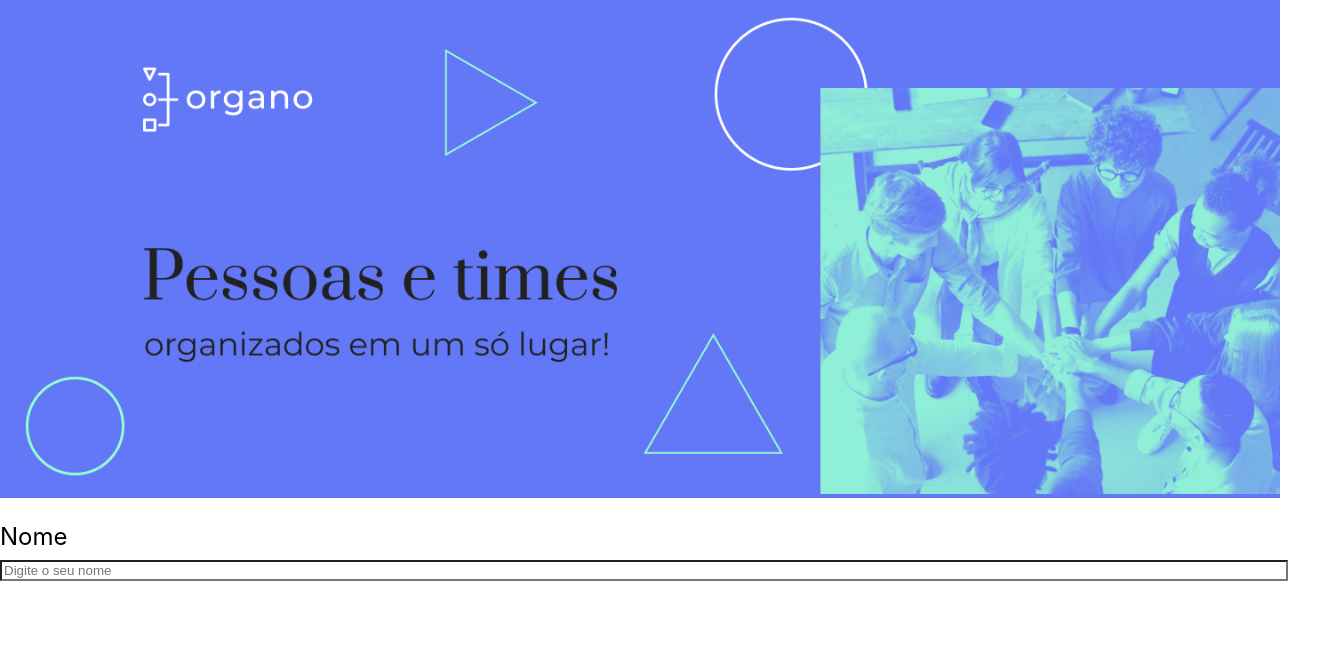
Repository: humbertobrasileiro/organo
Page: /
An editor plug-in stored every save of this project. The page is shown before and after the next save, followed by the edit.
The browser window is 1280 px wide. The page is 1288 px wide, then 1328 px, so the pictures cover 1328 px, including what lies to the right of the window. The pictures show the whole page.
The project was rebuilt for these pictures with package versions that can differ from the ones it lists, and the page was loaded fresh each time.

Above is the page before, as saved 2025-01-22 16:09:07.

After the next save:
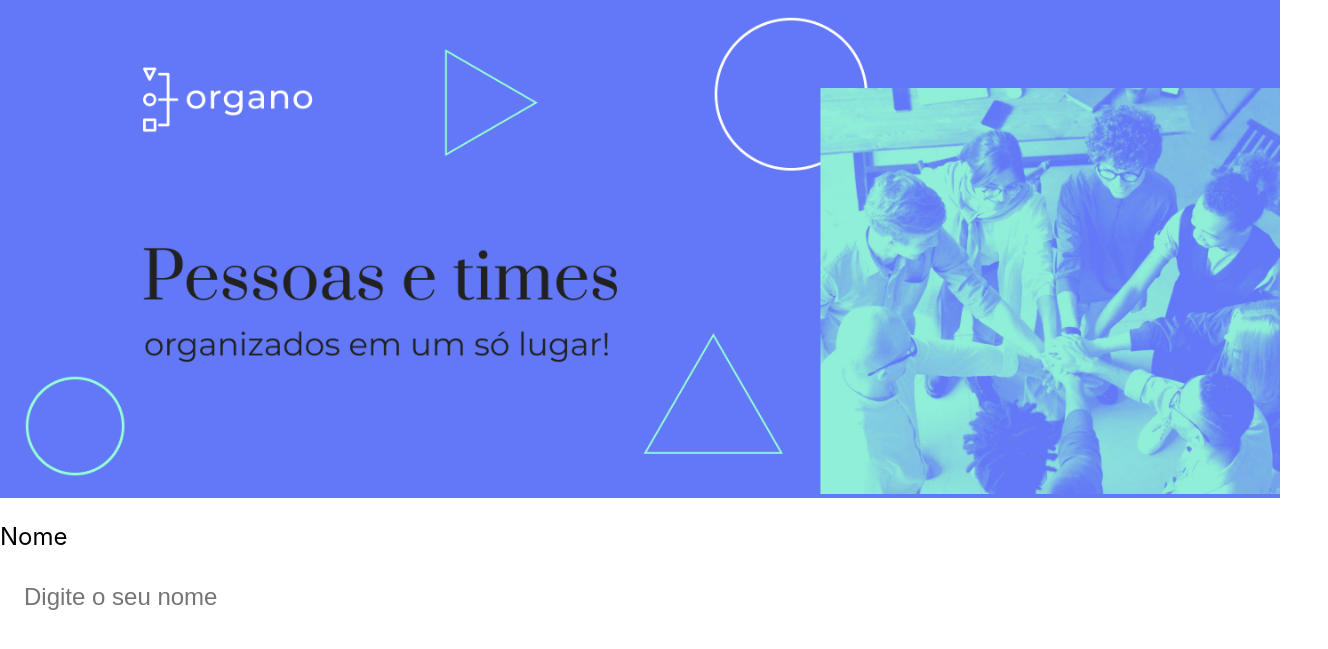
Saved 62 s later.
--- a/src/componentes/CampoTexto/CampoTexto.css
+++ b/src/componentes/CampoTexto/CampoTexto.css
@@ -12,4 +12,7 @@
   background-color: #FFF;
   box-shadow: 10px 10px 30px rgba(0, 0, 0, 0.0);
   width: 100%;
+  border: none;
+  font-size: 24px;
+  padding: 24px;
 }
